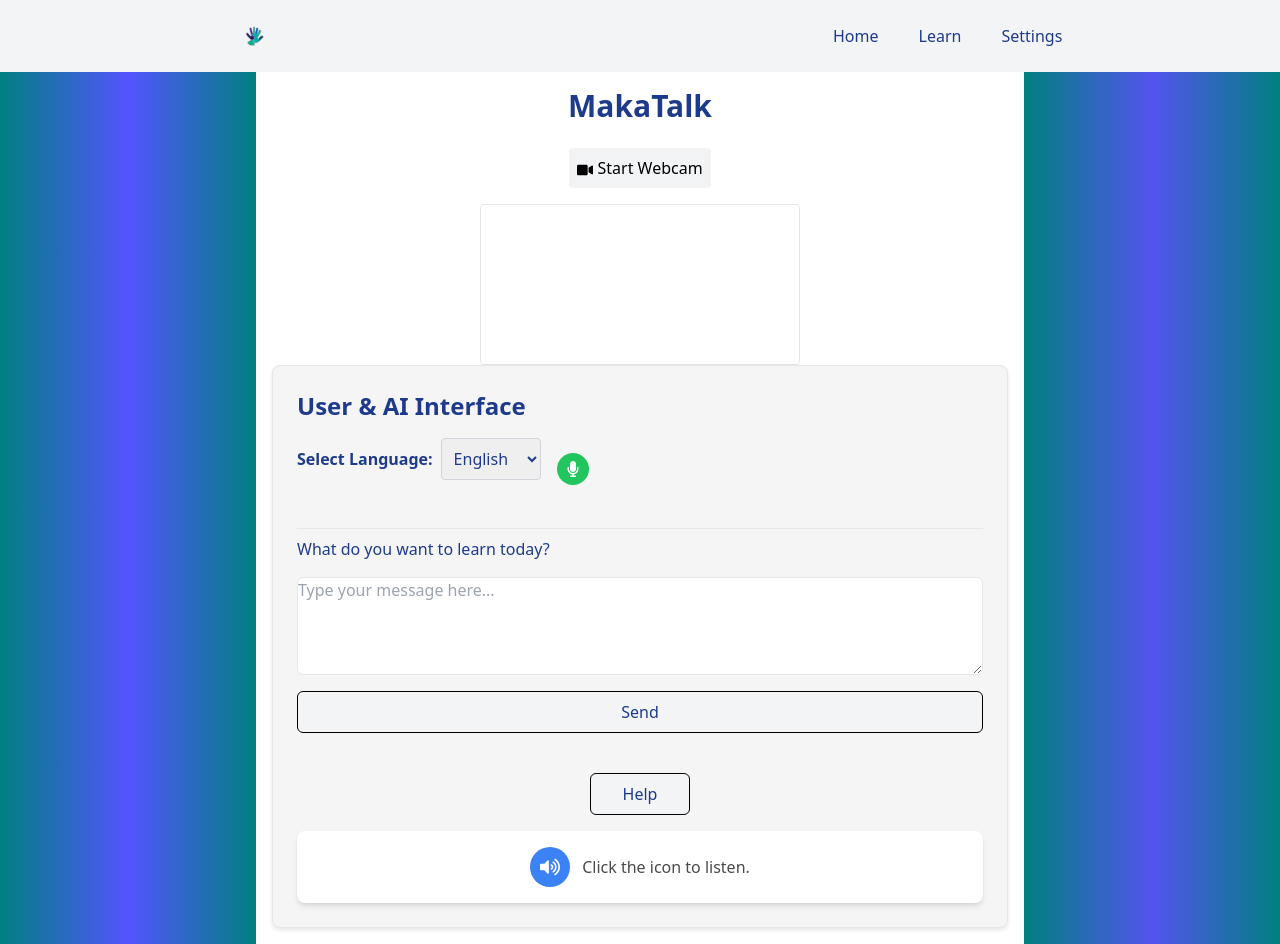
Repository: maria2469/MakaTalk
Page: /learn
An editor plug-in stored every save of this project. The page is shown before and after a run of saves, followed by the edit.
The browser window is 1280 px wide. The pictures show the whole page.
The page's requests for data from a server got no answer. The project was rebuilt for these pictures with package versions that can differ from the ones it lists, and the page was loaded fresh each time. No one was signed in, and anything a server would have sent is missing. Also part of the build but not shown: vite.config.js, src/components/LandingPage/Landing.jsx.

Above is the page before, as saved 2024-10-10 14:47:04.

After the next 3 saves:
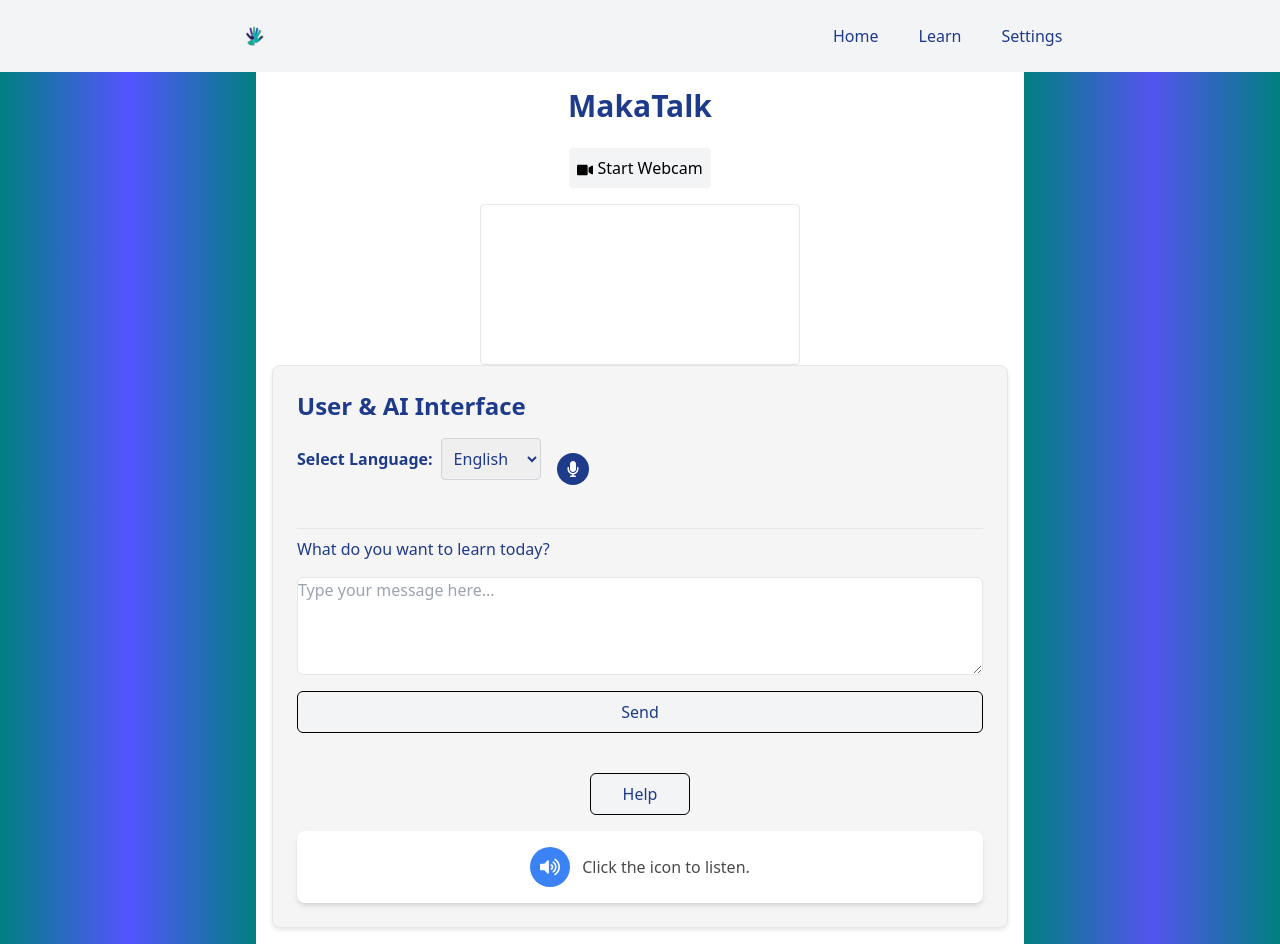
The 3 saves are shown as one change because they came seconds apart.
The last was saved 31 s later.
--- a/src/components/VoiceToVoice/VoiceToVoiceButton.jsx
+++ b/src/components/VoiceToVoice/VoiceToVoiceButton.jsx
@@ -79,7 +79,7 @@ const VoiceToVoiceButton = ({ selectedLanguage }) => {
             <div className="flex mt-1 p-0"> {/* Reduced margin from mt-4 to mt-2 */}
                 <button
                     onClick={handleSpeechRecognition}
-                    className={`p-2 rounded-full ${isListening ? 'bg-red-500' : 'bg-green-500'} text-white`}
+                    className={`p-2 rounded-full ${isListening ? 'bg-red-500' : 'bg-blue-900'} text-white`}
                     disabled={isProcessing}
                 >
                     <FaMicrophone />
